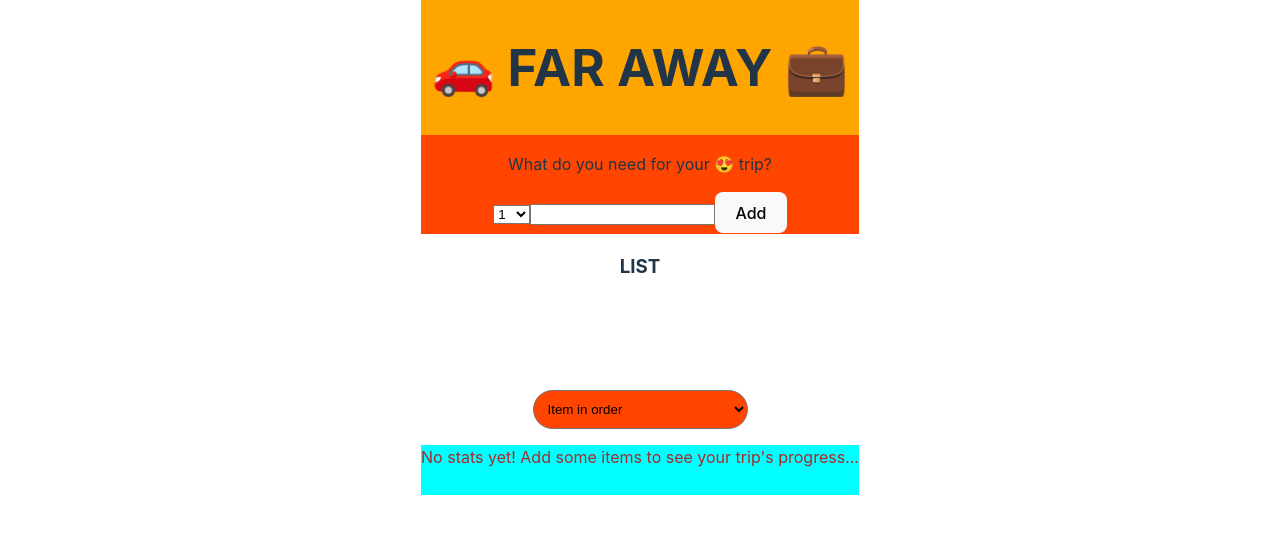
Repository: Celebration-cloud/Trip-Add-To-List
Page: /
These files come from the project's save history. The page is drawn as it stood at one moment and after the next save; the edit follows.
The browser window is 1280 px wide. The pictures show the whole page.
The project was rebuilt for these pictures with package versions that can differ from the ones it lists, and the page was loaded fresh each time. Also part of the build but not shown: vite.config.js.

Above is the page before, as saved 2023-10-29 16:09:49.

After the next save:
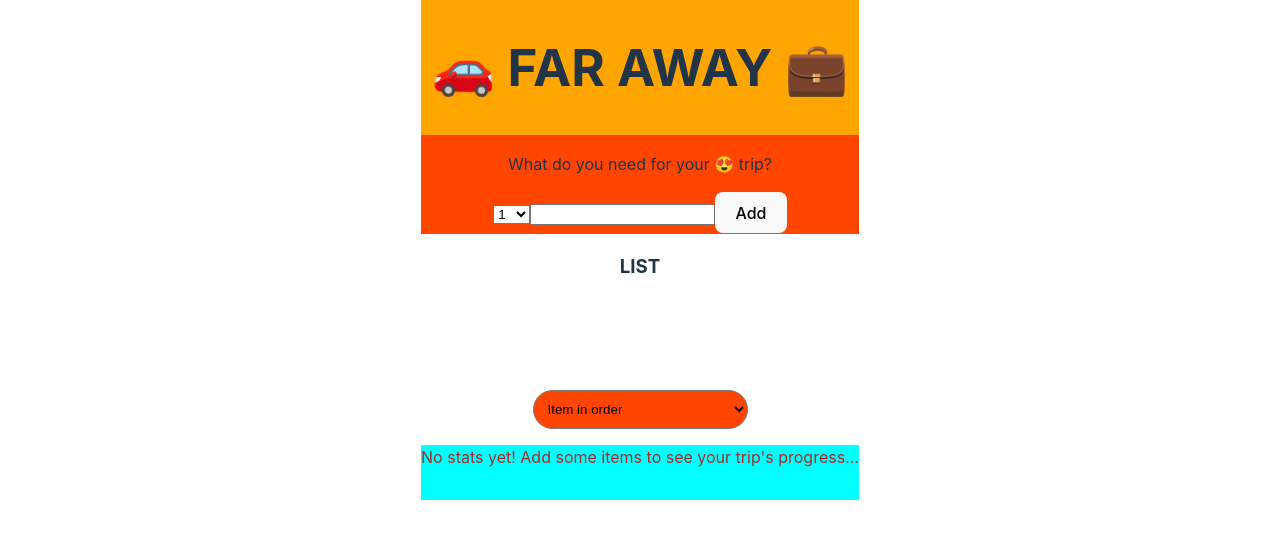
Saved 5 s later.
--- a/src/Trip-List/TripList.jsx
+++ b/src/Trip-List/TripList.jsx
@@ -135,7 +135,7 @@ function TripStats({stats}) {
         backgroundColor: "aqua",
         color: "brown",
         bottom: "0%",
-        height: "50px",
+        height: "55px",
         width: "100%",
       }}
     >
